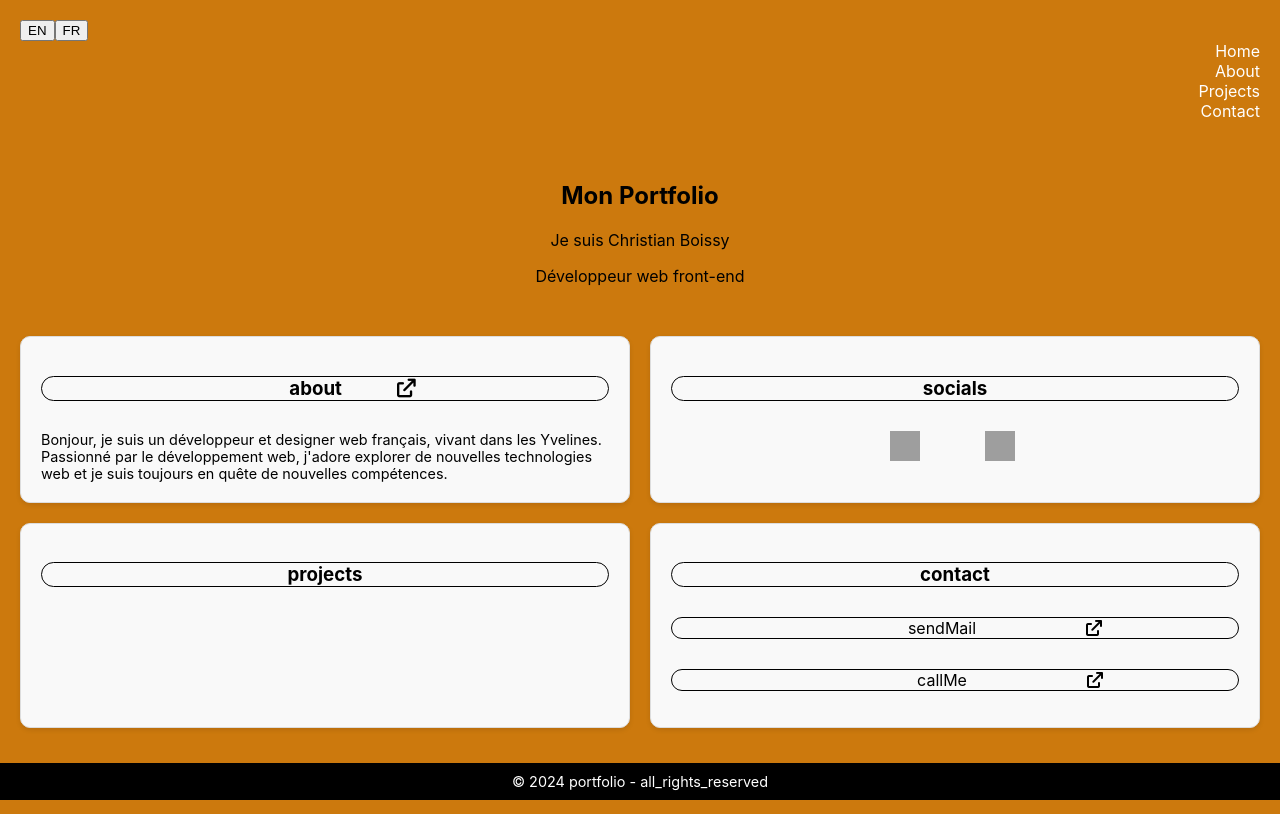
Repository: Christian121966/mon-portfolio
Page: /
An editor plug-in stored every save of this project. The page is shown before and after the next save, followed by the edit.
The browser window is 1280 px wide. The pictures show the whole page.
Pictures or frames that could not be fetched are drawn as grey boxes. The project was rebuilt for these pictures with package versions that can differ from the ones it lists, and the page was loaded fresh each time. Also part of the build but not shown: src/pages/AboutPage/AboutPage.scss, src/pages/AboutPage/AboutPage.js, src/pages/ProjectsPage/ProjectsPage.js, src/pages/ContactPage/ContactPage.js. Imported but missing from the stored project, and not drawn on this page: src/i18next.

Above is the page before, as saved 2024-07-24 14:54:52.

After the next save:
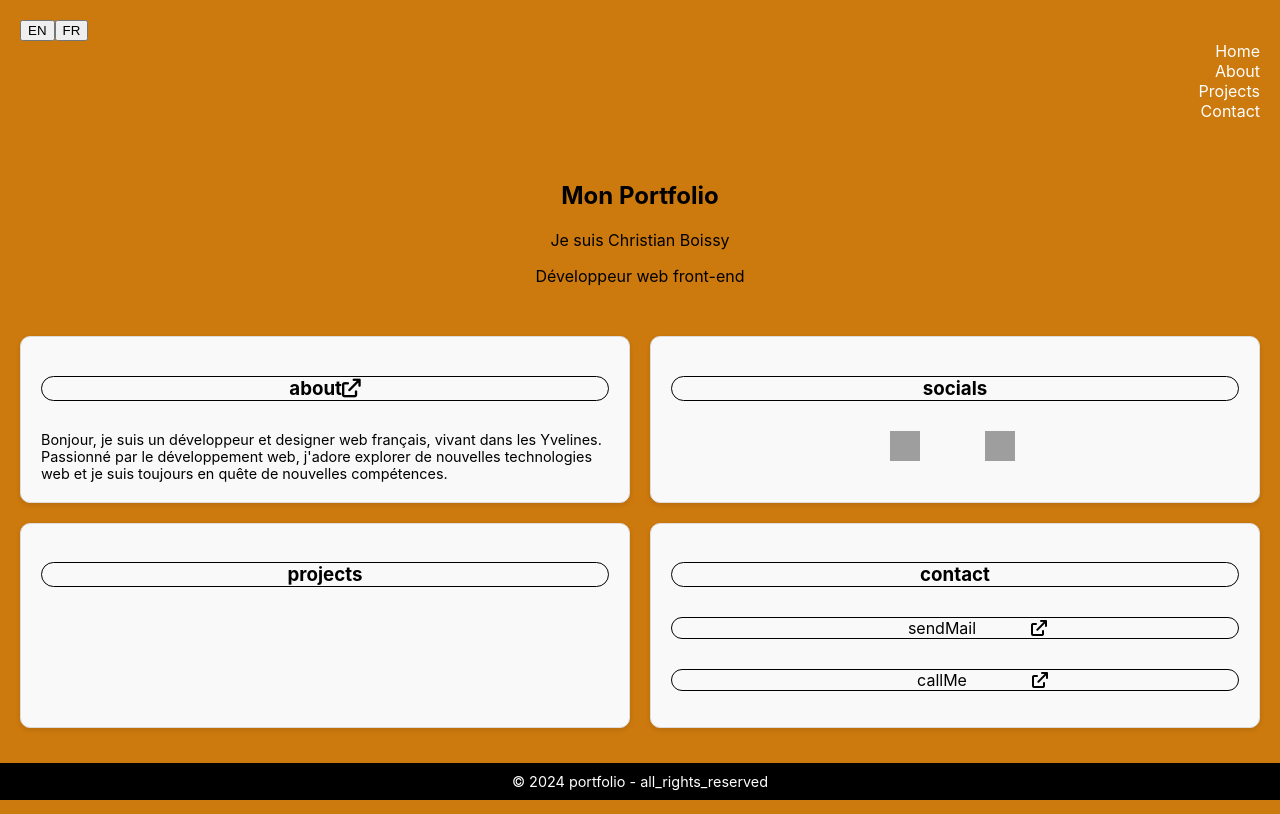
Saved 2 min 18 s later.
--- a/src/pages/HomePage/HomePage.scss
+++ b/src/pages/HomePage/HomePage.scss
@@ -53,7 +53,7 @@
         }
 
         .fa-solid.fa-arrow-up-right-from-square {
-          position: relative;
+          //position: relative;
           left: 55px;
           cursor: pointer;
         }

After the 3 saves that followed:
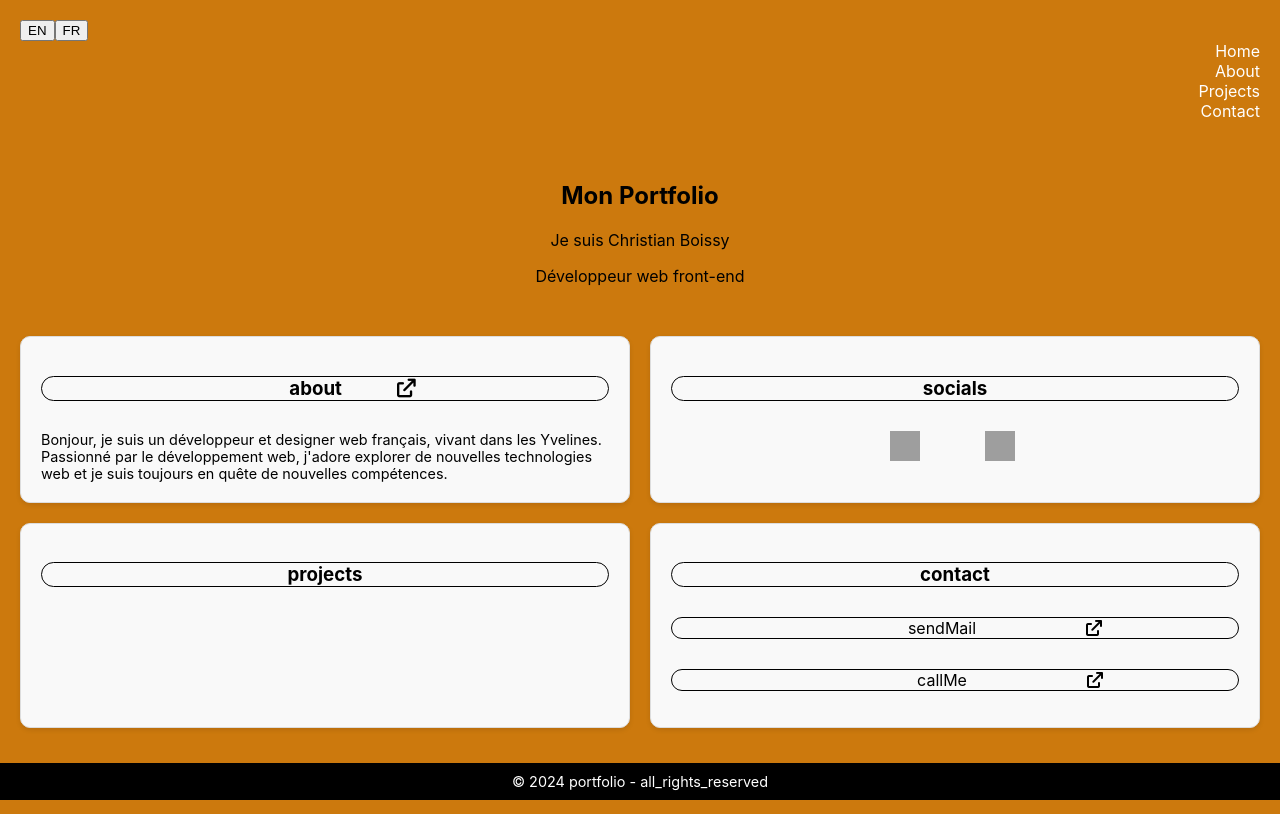
The 3 saves are shown as one change because 1 left the picture as it was and some came seconds apart.
The last was saved 57 s later.
--- a/src/pages/HomePage/HomePage.scss
+++ b/src/pages/HomePage/HomePage.scss
@@ -53,7 +53,7 @@
         }
 
         .fa-solid.fa-arrow-up-right-from-square {
-          //position: relative;
+          position: relative;
           left: 55px;
           cursor: pointer;
         }
